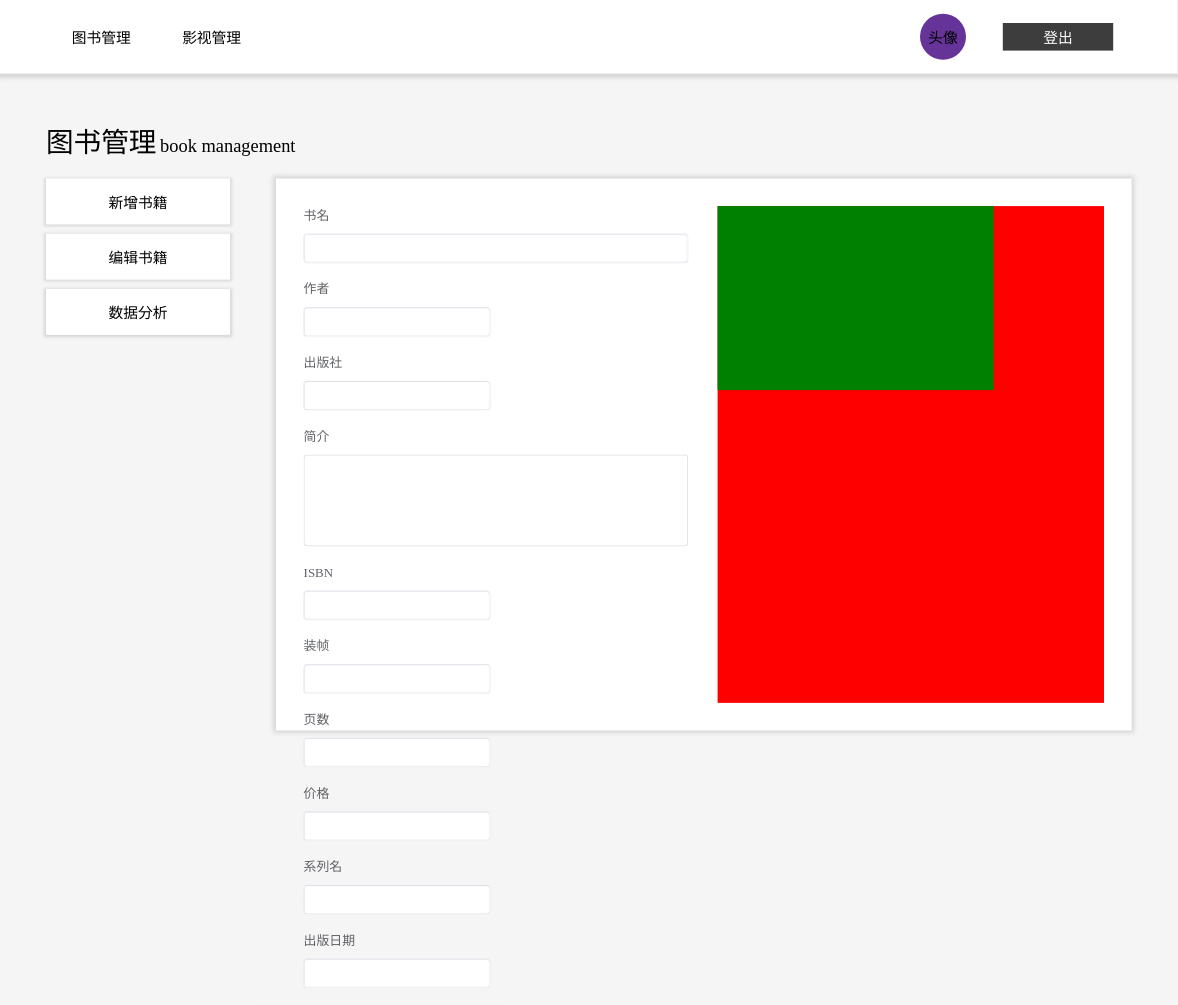
Repository: quanwangniuniu/Oasis-Reading-Platform
Page: /#/admin/books (app in Vue-frontend/)
These files come from the project's save history. The page is drawn as it stood at one moment and after the next save; the edit follows.
The browser window is 1280 px wide. The pictures show the whole page, at 92% of full size.
Some web fonts or font styles are not loaded; a fallback is used. The project was rebuilt for these pictures with package versions that can differ from the ones it lists, and the page was loaded fresh each time. Also part of the build but not shown: Vue-frontend/vite.config.js, Vue-frontend/src/components/Test.vue, Vue-frontend/src/components/user/books/BookCard.vue, Vue-frontend/src/components/axios/config.js, Vue-frontend/src/components/axios/api.js, Vue-frontend/src/components/user/books/Books.vue, Vue-frontend/src/components/user/movies/Favourites.vue, Vue-frontend/src/components/user/explore/Explore.vue and 10 more.

Above is the page before, as saved 2023-04-13 16:47:25.

After the next save:
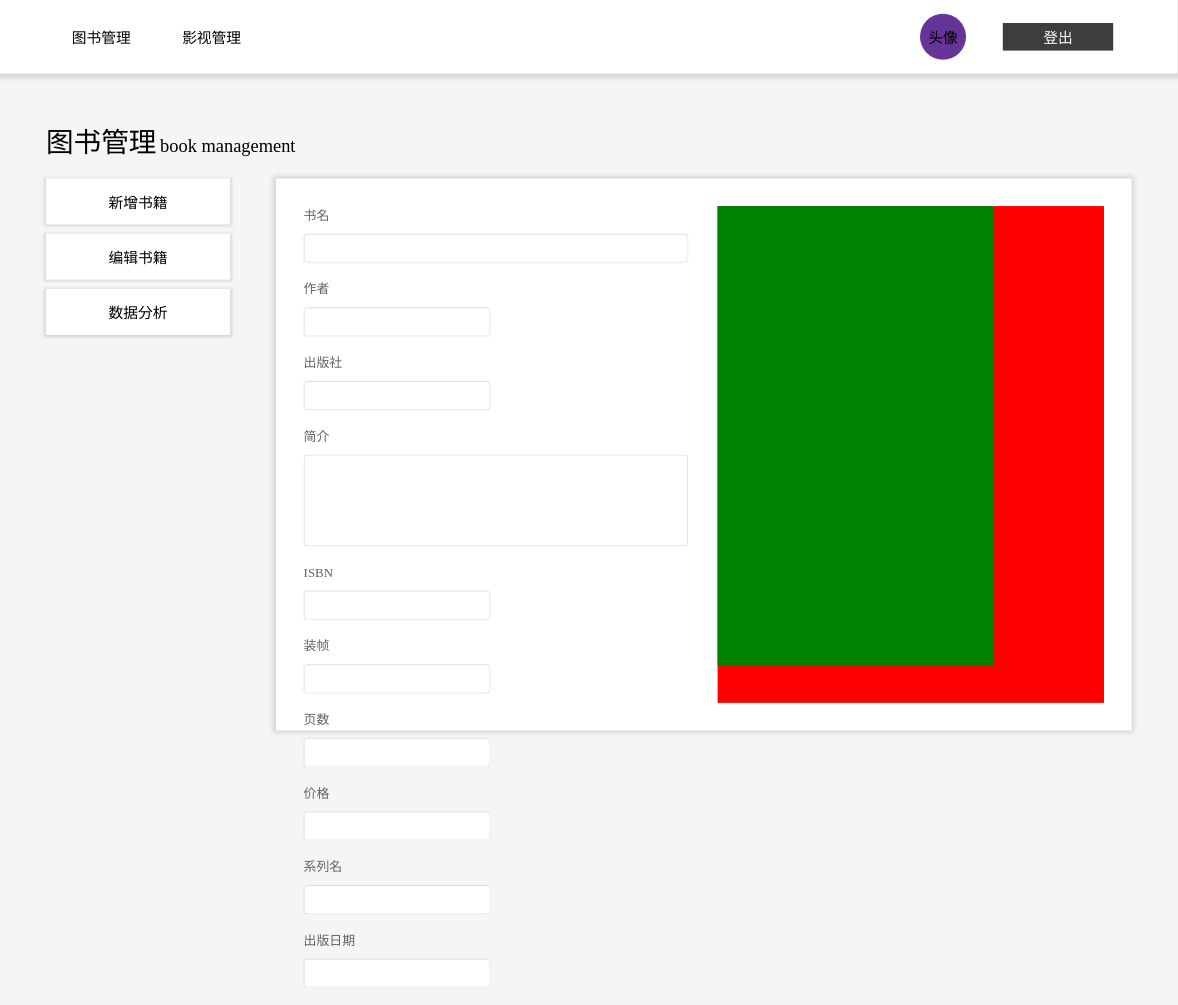
Saved 4 s later.
--- a/Vue-frontend/src/components/admin/bookManagement/BookManagement.vue
+++ b/Vue-frontend/src/components/admin/bookManagement/BookManagement.vue
@@ -125,7 +125,7 @@ const bookItem = ref({
 }
 
 .book-img{
-  height: 200px;
+  height: 500px;
   width: 300px;
   background-color: green;
 }
